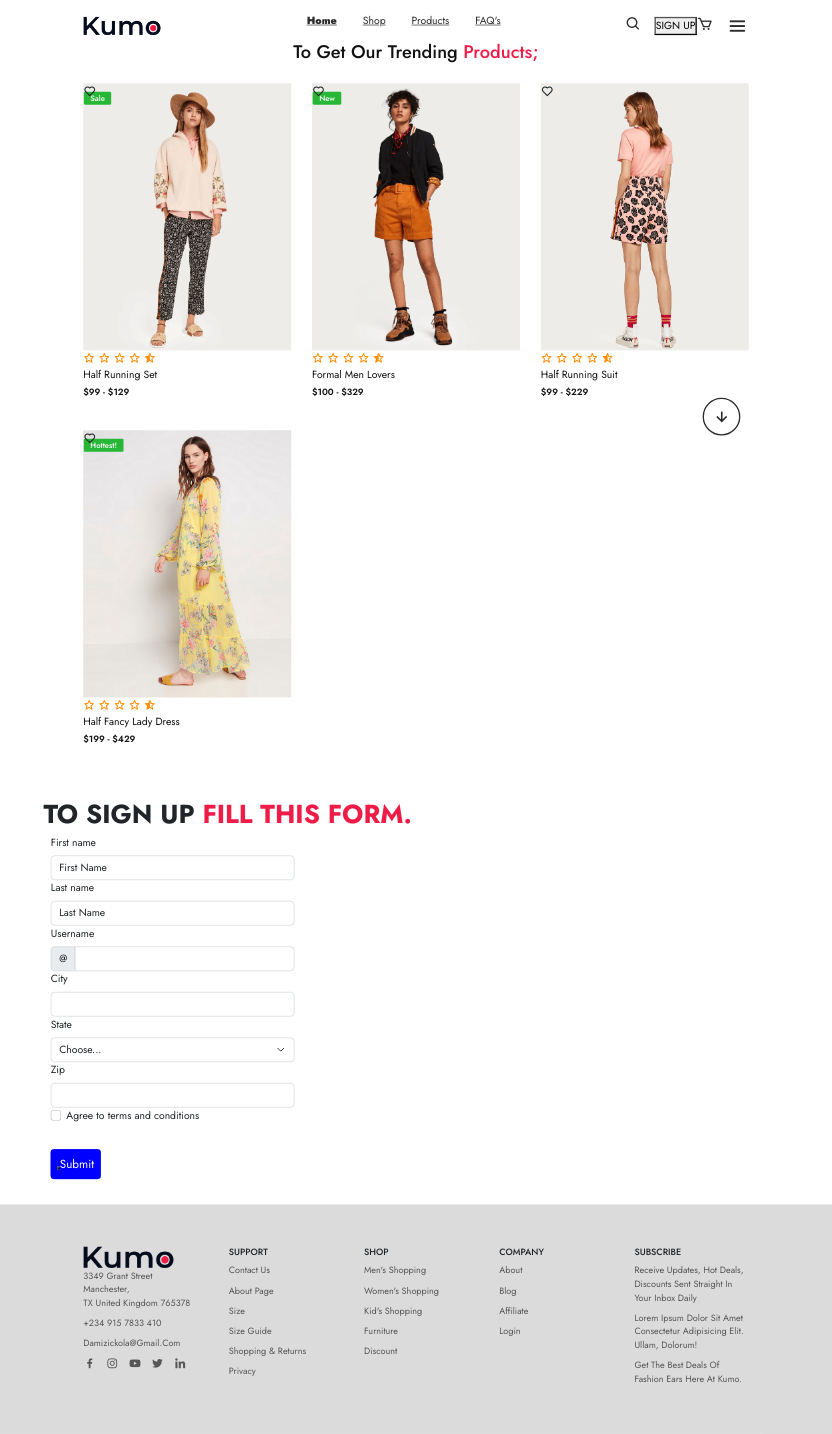
Repository: isaacCodes1/Kumo-Website.
Page: form.html
An editor plug-in stored every save of this project. The page is shown before and after the next save, followed by the edit.
The browser window is 1280 px wide. The pictures show the whole page, at 65% of full size.

Above is the page before, as saved 2024-03-26 11:15:45.

### form.html
<!DOCTYPE html>
<html lang="en">
  <head>
    <meta charset="UTF-8" />
    <meta name="viewport" content="width=device-width, initial-scale=1.0" />
    <link rel="stylesheet" href="style.css" />
    <link rel="stylesheet" href="Mediaquery.css" />
    <link rel="preconnect" href="https://fonts.googleapis.com" />
    <link rel="preconnect" href="https://fonts.gstatic.com" crossorigin />
    <link
      href="https://fonts.googleapis.com/css2?family=Bricolage+Grotesque:opsz,wght@12..96,200..800&family=Jost:ital,wght@0,100..900;1,100..900&family=Montserrat:ital,wght@0,100..900;1,100..900&family=Poppins:ital,wght@0,100;0,200;0,300;0,400;0,500;0,600;0,700;0,800;0,900;1,100;1,200;1,300;1,400;1,500;1,600;1,700;1,800;1,900&display=swap"
      rel="stylesheet"
    />
    <link
      rel="stylesheet"
      href="https://cdnjs.cloudflare.com/ajax/libs/font-awesome/6.5.1/css/all.min.css"
      integrity="sha512-DTOQO9RWCH3ppGqcWaEA1BIZOC6xxalwEsw9c2QQeAIftl+Vegovlnee1c9QX4TctnWMn13TZye+giMm8e2LwA=="
      crossorigin="anonymous"
      referrerpolicy="no-referrer"
    />
    <link
      rel="stylesheet"
      href="https://unpkg.com/boxicons@latest/css/boxicons.min.css"
    />
    <link
      href="https://cdn.jsdelivr.net/npm/bootstrap@5.2.3/dist/css/bootstrap.min.css"
      rel="stylesheet"
      integrity="sha384-rbsA2VBKQhggwzxH7pPCaAqO46MgnOM80zW1RWuH61DGLwZJEdK2Kadq2F9CUG65"
      crossorigin="anonymous"
    />
    <script
      src="https://cdn.jsdelivr.net/npm/bootstrap@5.2.3/dist/js/bootstrap.bundle.min.js"
      integrity="sha384-kenU1KFdBIe4zVF0s0G1M5b4hcpxyD9F7jL+jjXkk+Q2h455rYXK/7HAuoJl+0I4"
      crossorigin="anonymous"
    ></script>
    <title>Document</title>
  </head>
  <body>
    <header>
      <a href="index.html" class="logo"><img src="Assets/logo.png" alt="" /></a>
      <ul class="navmenu">
        <li><a style="font-weight: 900" href="index.html">Home</a></li>
        <li><a href="shop.html">Shop</a></li>
        <li><a href="products.html">Products</a></li>
        <li><a href="Questions.html">FAQ's</a></li>
      </ul>
      <div class="nav-icon">
        <a href="#"><i class="bx bx-search"></i></a>
        <button>SIGN UP</button>
        <a href="#"><i class="bx bx-cart"></i></a>
        <div class="bx bx-menu" id="menu-icon"></div>
      </div>
    </header>
    <!-- <trending-products-section-->
    <section class="trending-product" id="trending">
      <div class="center-text">
        <h2>To Get Our Trending <span>Products;</span></h2>
      </div>
      <div class="products">
        <div class="row">
          <img src="/Assets/1.jpg" alt="" />
          <div class="product-text">
            <h5>Sale</h5>
          </div>
          <div class="heart-icon">
            <i class="bx bx-heart"></i>
          </div>
          <div class="ratting">
            <i class="bx bx-star"></i>
            <i class="bx bx-star"></i>
            <i class="bx bx-star"></i>
            <i class="bx bx-star"></i>
            <i class="bx bxs-star-half"></i>
          </div>
          <div class="price">
            <h4>Half Running Set</h4>
            <p>$99 - $129</p>
          </div>
        </div>

        <div class="row">
          <img src="/Assets/2.jpg" alt="" />
          <div class="product-text">
            <h5>New</h5>
          </div>
          <div class="heart-icon">
            <i class="bx bx-heart"></i>
          </div>
          <div class="ratting">
            <i class="bx bx-star"></i>
            <i class="bx bx-star"></i>
            <i class="bx bx-star"></i>
            <i class="bx bx-star"></i>
            <i class="bx bxs-star-half"></i>
          </div>
          <div class="price">
            <h4>Formal Men Lovers</h4>
            <p>$100 - $329</p>
          </div>
        </div>
        <div class="row">
          <img src="/Assets/3.jpg" alt="" />
          <div class="heart-icon">
            <i class="bx bx-heart"></i>
          </div>
          <div class="ratting">
            <i class="bx bx-star"></i>
            <i class="bx bx-star"></i>
            <i class="bx bx-star"></i>
            <i class="bx bx-star"></i>
            <i class="bx bxs-star-half"></i>
          </div>
          <div class="price">
            <h4>Half Running Suit</h4>
            <p>$99 - $229</p>
          </div>
        </div>
        <div class="row">
          <img src="/Assets/4.jpg" alt="" />
          <div class="product-text">
            <h5>Hottest!</h5>
          </div>
          <div class="heart-icon">
            <i class="bx bx-heart"></i>
          </div>
          <div class="ratting">
            <i class="bx bx-star"></i>
            <i class="bx bx-star"></i>
            <i class="bx bx-star"></i>
            <i class="bx bx-star"></i>
            <i class="bx bxs-star-half"></i>
          </div>
          <div class="price">
            <h4>Half Fancy Lady Dress</h4>
            <p>$199 - $429</p>
          </div>
        </div>
      </div>
      <div class="down-arrow">
        <a href="#contact-info" class="down"
          ><i class="bx bx-down-arrow-alt"></i
        ></a>
      </div>
    </section>
    <h1 class="final">TO SIGN UP <span> FILL THIS FORM.</span></h1>
    <form class="container g-3 needs-validation" novalidate>
      <div class="col-md-4">
        <label for="validationCustom01" class="form-label">First name</label>
        <input
          type="text"
          class="form-control"
          id="validationCustom01"
          value="First Name"
          name="first_name"
          required
        />
        <div class="valid-feedback">Looks good!</div>
      </div>
      <div class="col-md-4">
        <label for="validationCustom02" class="form-label">Last name</label>
        <input
          type="text"
          name="last_name"
          id="last_name"
          class="form-control"
          id="validationCustom02"
          value="Last Name"
          required
        />
        <div class="valid-feedback">Looks good!</div>
      </div>
      <div class="col-md-4">
        <label for="validationCustomUsername" class="form-label"
          >Username</label
        >
        <div class="input-group has-validation">
          <span class="input-group-text" id="inputGroupPrepend">@</span>
          <input
            type="text"
            id="username"
            name="username"
            class="form-control"
            id="validationCustomUsername"
            aria-describedby="inputGroupPrepend"
            required
          />
          <div class="invalid-feedback">Please choose a username.</div>
        </div>
      </div>
      <div class="col-md-4">
        <label for="validationCustom03" class="form-label">City</label>
        <input
          type="text"
          class="form-control"
          id="validationCustom03"
          required
        />
        <div class="invalid-feedback">Please provide a valid city.</div>
      </div>
      <div class="col-md-4">
        <label for="validationCustom04" class="form-label">State</label>
        <select class="form-select" id="validationCustom04" required>
          <option selected disabled value="">Choose...</option>
          <option>Kwara State</option>
          <option>Lagos State</option>
          <option>Ogun State</option>
        </select>
        <div class="invalid-feedback">Please select a valid state.</div>
      </div>
      <div class="col-md-4">
        <label for="validationCustom05" class="form-label">Zip</label>
        <input
          type="text"
          class="form-control"
          id="validationCustom05"
          required
        />
        <div class="invalid-feedback">Please provide a valid zip.</div>
      </div>
      <div class="col-12">
        <div class="form-check">
          <input
            class="form-check-input"
            type="checkbox"
            value=""
            id="invalidCheck"
            required
          />
          <label class="form-check-label mb-5" for="invalidCheck">
            Agree to terms and conditions
          </label>
          <div class="invalid-feedback">You must agree before submitting.</div>
        </div>
      </div>
      <div class="col-12 mb-5">
        <a class="button3" href="alert.html"><button></button>Submit</a>
      </div>
    </form>
    <!-- contact-section -->

    <section class="contact">
      <div class="contact-info" id="contact-info">
        <div class="first-info">
          <img src="/Assets/logo.png" alt="" />
          <p>3349 Grant street Manchester, <br />TX United kingdom 765378</p>
          <p>+234 915 7833 410</p>
          <a href="https://mail.google.com/mail/u/0/#inbox"
            ><p>damizickola@gmail.com</p></a
          >

          <div class="social-icon">
            <a href="https://www.facebook.com/profile.php?id=61551880766580"
              ><i class="bx bxl-facebook"></i
            ></a>
            <a href="https://instagram.com"><i class="bx bxl-instagram"></i></a>
            <a href="https://www.youtube.com/watch?v=FaNTVjATYHQ"
              ><i class="bx bxl-youtube"></i
            ></a>
            <a href="#"><i class="bx bxl-twitter"></i></a>
            <a href="#"><i class="bx bxl-linkedin"></i></a>
          </div>
        </div>
        <div class="second-info">
          <h4>Support</h4>
          <p>Contact Us</p>
          <p>About Page</p>
          <p>Size</p>
          <p>Size Guide</p>
          <p>Shopping & Returns</p>
          <p>Privacy</p>
        </div>

        <div class="third-info">
          <h4>Shop</h4>
          <p>Men's Shopping</p>
          <p>Women's Shopping</p>
          <p>Kid's Shopping</p>
          <p>Furniture</p>
          <p>Discount</p>
        </div>
        <div class="fourth-info">
          <h4>Company</h4>
          <p>About</p>
          <p>Blog</p>
          <p>Affiliate</p>
          <p>Login</p>
        </div>

        <div class="five">
          <h4>Subscribe</h4>
          <p>
            Receive Updates, Hot Deals, Discounts Sent Straight In your Inbox
            Daily
          </p>
          <p>
            Lorem ipsum dolor sit amet consectetur adipisicing elit. Ullam,
            dolorum!
          </p>
          <p>Get The Best Deals Of Fashion ears Here At Kumo.</p>
        </div>
      </div>
    </section>
  </body>
  <script
    src="https://cdn.jsdelivr.net/npm/@popperjs/core@2.11.6/dist/umd/popper.min.js"
    integrity="sha384-oBqDVmMz9ATKxIep9tiCxS/Z9fNfEXiDAYTujMAeBAsjFuCZSmKbSSUnQlmh/jp3"
    crossorigin="anonymous"
  ></script>
  <script
    src="https://cdn.jsdelivr.net/npm/bootstrap@5.2.3/dist/js/bootstrap.min.js"
    integrity="sha384-cuYeSxntonz0PPNlHhBs68uyIAVpIIOZZ5JqeqvYYIcEL727kskC66kF92t6Xl2V"
    crossorigin="anonymous"
  ></script>
  <script src="java.js"></script>
</html>

### style.css
* {
  margin: 0;
  padding: 0;
  box-sizing: border-box;
  scroll-behavior: smooth;
  font-family: "Jost", sans-serif;
  list-style-type: none;
  text-decoration: none;
}
header {
  position: fixed;
  width: 100%;
  top: 0;
  right: 0;
  z-index: 1000;
  display: flex;
  align-items: center;
  justify-content: space-between;
  padding: 20px 10%;
}
.logo img {
  max-width: 120px;
  height: auto;
}
.navmenu {
  display: flex;
}
.navmenu li :hover {
  background: #000;
}
.navmenu a {
  color: #2c2c2c;
  font-size: 16px;
  text-transform: capitalize;
  padding: 10px 20px;
  font-weight: 400;
  transition: all 0.42s ease;
}
.navmenu a:hover {
  color: #ee1c47;
}
.nav-icon {
  display: flex;
  align-items: center;
}
.nav-icon i {
  margin-right: 20px;
  color: #2c2c2c;
  font-size: 25px;
  font-weight: 400;
  transition: all 0.42s ease;
}
.nav-icon i:hover {
  transform: scale(1.05);
  color: #ee1c47;
}
#menu-icon {
  font-size: 35px;
  color: #2c2c2c;
  z-index: 10001;
  cursor: pointer;
}
section {
  padding: 5% 10%;
}
.main-home {
  width: 100%;
  height: 100vh;
  background-image: url(Assets/banner-3.png);
  background-position: center;
  background-size: cover;
  display: grid;
  grid-template-columns: repeat(1, 1fr);
  align-items: center;
}
.main-text h5 {
  color: #ee1c47;
  font-size: 16px;

  text-transform: capitalize;
  font-weight: 500;
}
.main-text h1 {
  color: #000;
  font-size: 65px;
  text-transform: capitalize;
  line-height: 1.1;
  font-weight: 600;
  margin: 6px 0 10px;
}
.main-text p {
  color: #333c56;
  font-size: 20px;
  font-style: italic;
  margin-bottom: 20px;
}
.main-btn {
  display: inline-block;
  color: #111;
  font-size: 16px;
  font-weight: 500;
  text-transform: capitalize;
  border: 2px solid#111;
  padding: 12px 25px;
  transition: all 0.42s ease;
}
.main-btn:hover {
  background: #000;
  color: #fff;
}
.main-btn i {
  vertical-align: middle;
}
.down-arrow {
  position: absolute;
  top: 85%;
  right: 11%;
}
.down i {
  font-size: 30px;
  color: #2c2c2c;
  border: 2px solid #2c2c2c;
  border-radius: 50px;
  padding: 12px 12px;
}
.down i:hover {
  background: #2c2c2c;
  color: #fff;
  transition: all 0.42s ease;
}
header.sticky {
  background: #fff;
  padding: 20px 10%;
  box-shadow: 0px 0px 10px rgb(0 0 0 /10%);
}
/* trending-section-css */
.center-text h2 {
  color: #111;
  font-size: 28px;
  text-transform: capitalize;
  text-align: center;
  margin-bottom: 30px;
}
.center-text span {
  color: #ee1c47;
}
.products {
  display: grid;
  grid-template-columns: repeat(auto-fit, minmax(260px, auto));
  gap: 2rem;
}
.row {
  position: relative;
  transition: all 0.4s;
}
.row img {
  width: 100%;
  height: auto;
  transition: all 0.4s;
}
.row img:hover {
  transform: scale(0.9);
}
.product-text h5 {
  position: absolute;
  top: 13px;
  left: 13px;
  color: #fff;
  font-size: 12px;
  font-weight: 500;
  text-transform: capitalize;
  background: #27b737;
  padding: 3px 10px;
  border-radius: 2px;
}
.heart-icon {
  position: absolute;
  right: 0;
  font-size: 20px;
}
.heart-icon:hover {
  color: #ee1c47;
}
.ratting {
  color: #ff8c00;
  font-size: 18px;
}

.price h4 {
  color: #111;
  font-size: 16px;
  text-transform: capitalize;
  font-weight: 400;
}
.price p {
  color: #151515;
  font-size: 14px;
  font-weight: 600;
}
.client-reviews {
  background: #f3f4f6;
}
.reviews {
  text-align: center;
}
.reviews h3 {
  color: #111;
  font-size: 25px;
  text-transform: capitalize;
  text-align: center;
  font-weight: 700;
}
.reviews img {
  width: 100px;
  height: auto;
  border-radius: 80px;
  margin: 10px 0;
}
.reviews p {
  color: #707070;
  font-size: 16px;
  font-weight: 400;
  line-height: 25px;
  margin-bottom: 10px;
}
.reviews h2 {
  font-size: 22px;
  color: #000;
  font-weight: 400;
  text-transform: capitalize;
  margin-bottom: 2px;
}
/* update-section-css */
.up-center-text h2 {
  text-align: center;
  color: #111;
  font-size: 25px;
  text-transform: capitalize;
  font-weight: 700;
  margin-bottom: 30px;
}
.cart img {
  width: 350px;
  height: auto;
  border-radius: 5px;
}
.update-cart {
  display: grid;
  grid-template-columns: repeat(auto-fit, minmax(380px, auto));
  gap: 1px;
}
.cart h5 {
  color: #636872;
  font-size: 14px;
  text-transform: capitalize;
  font-weight: 500;
}
.cart h4 {
  color: #111;
  font-size: 18px;
  font-weight: 600;
}
.cart p {
  color: #707070;
  font-size: 15px;
  max-width: 380px;
  line-height: 25px;
  margin-bottom: 12px;
}
.cart h6 {
  color: #151515;
  font-size: 14px;
  font-weight: 500;
}
/* contact-section */
.contact {
  background: #dbdbdb;
}
.contact-info {
  display: grid;
  grid-template-columns: repeat(auto-fit, minmax(160px, auto));
  gap: 3rem;
}
.first-info img {
  width: 140px;
  height: auto;
}
.contact-info h4 {
  color: #212529;
  font-size: 14px;
  text-transform: uppercase;
  margin-bottom: 10px;
}
.contact-info p {
  color: #565656;
  font-size: 14px;
  font-weight: 400;
  text-transform: capitalize;
  line-height: 1.5;
  margin-bottom: 10px;
  cursor: pointer;
  transition: all 0.42s;
}
.contact-info p:hover {
  color: #ee1c47;
}
.social-icon i {
  color: #565656;
  margin-right: 10px;
  font-size: 20px;
  transition: all 0.42s;
}
.social-icon i:hover {
  transform: scale(1.3);
}
.end-text {
  text-align: center;
  background: #edfff1;
  padding: 20px;
}
.end-text p {
  color: #111;
  text-transform: capitalize;
}

.location {
  width: 80%;
  margin: auto;
  padding: 80px 0;
}
.location iframe {
  width: 100%;
}
.center-text1 h2 {
  font-size: 30px;
}
.center-text1 span {
  color: #ee1c47;
}
.button3 {
  padding: 9px;
  border: 1px solid blue;
  font-size: 18px;
  border-radius: 5px;
  text-decoration: none;
  background: blue;
  color: #fff;
  transition: all 0.42s ease;
}
.button3:hover {
  color: #000;
  background: #fff;
}
.final {
  margin-left: 67px;
  font-weight: 700;
}
.final span {
  color: #ee1c47;
}
.up-arrow {
  border: 2px solid#000;
  width: 60px;
  border-radius: 50px;
  text-align: center;
  font-size: 30px;
}
.up-arrow i {
  color: #000;
}
.up-arrow :hover {
  background: #000;
  color: #fff;
}

.alert {
  background: blue;
  color: #fff;
  margin-top: 200px;
  font-size: 20px;
  margin-bottom: 150px;
}
.first-info a {
  text-decoration: none;
}
.up-center-text span {
  color: #ee1c47;
}
html,
body {
  position: relative;
  height: 100%;
}
body {
  background: #eee;
  font-family: Helvetica Neue, Helvetica, Arial, sans-serif;
  font-size: 14px;
  color: #000;
  margin: 0;
  padding: 0;
}

swiper-container {
  width: 100%;
  height: 100%;
}

swiper-slide {
  text-align: center;
  font-size: 18px;
  background: #000;
  display: flex;
  justify-content: center;
  align-items: center;
}

swiper-slide img {
  display: block;
  width: 100%;
  height: 100%;
  object-fit: cover;
}
.reviews {
  font-size: 25px;
  font-weight: 900;
}
.reviews span {
  color: #ee1c47;
}
.accordion {
  margin-top: 40px;
  margin-bottom: 10px;
}
.male {
  padding-top: 200px;
}
.male span {
  color: #ee1c47;
}
.yes {
  margin-right: 10px;
  padding: 10px;
  background: #000;
  color: #fff;
  border: 1px;
  transition: 1s ease-in-out;
  border-radius: 7px;
}
.yes:hover {
  color: #000;
  background: #dbdbdb;
}

### Mediaquery.css
@media (890px) {
  header {
    padding: 20px 3%;
    transition: 0.4s;
  }
  .center-text h2 {
    font-size: 12px;
  }
}
@media (max-width: 630px) {
  .main-text h1 {
    font-size: 50px;
    transition: 0.4s;
  }
  .main-text p {
    font-size: 18px;
    transition: 0.4s;
  }
  .main-btn {
    padding: 10px 20px;
    transition: 0.4s;
  }
  .center-text h2 {
    font-size: 12px;
  }
}
@media (max-width: 750px) {
  .navmenu {
    position: absolute;
    top: 100%;
    right: -100%;
    width: 300px;
    height: 130vh;
    background: #edfff1;
    display: flex;
    flex-direction: column;
    align-items: center;
    padding: 120px 30px;
    transition: all 0.42s;
  }
  .navmenu a {
    display: block;
    margin: 18px 0;
  }
  .navmenu.open {
    right: 0;
  }
  .center-text h2 {
    font-size: 12px;
  }
}
@media (max-width: 700px) {
  .center-text h2 {
    font-size: 0;
  }
  .header {
    margin-bottom: 20px;
    color: #000;
  }
  .cart {
    align-items: center;
    display: flex;
    flex-direction: column;
  }
  .cart img {
    width: 270px;
    margin-right: 80px;
  }
  .cart p {
    font-size: 10px;
    margin-right: 80px;
  }
  .cart h4 {
    font-size: 12px;
    margin-right: 80px;
  }
  .cart h6 {
    font-size: 10px;
    margin-right: 80px;
  }
  .contact-info {
    display: flex;
    flex-direction: column;
    align-items: center;
  }
  .center-text1 h2 {
    font-size: 25px;
  }
  .navmenu {
    padding-bottom: 30px;
  }
}

### java.js
const header = document.querySelector("header");

window.addEventListener("scroll", function () {
  header.classList.toggle("sticky", window.scrollY > 0);
});

let menu = document.querySelector("#menu-icon");
let navmenu = document.querySelector(".navmenu");

menu.onclick = () => {
  menu.classList.toggle("bx-x");
  navmenu.classList.toggle("open");
};

After the next save:
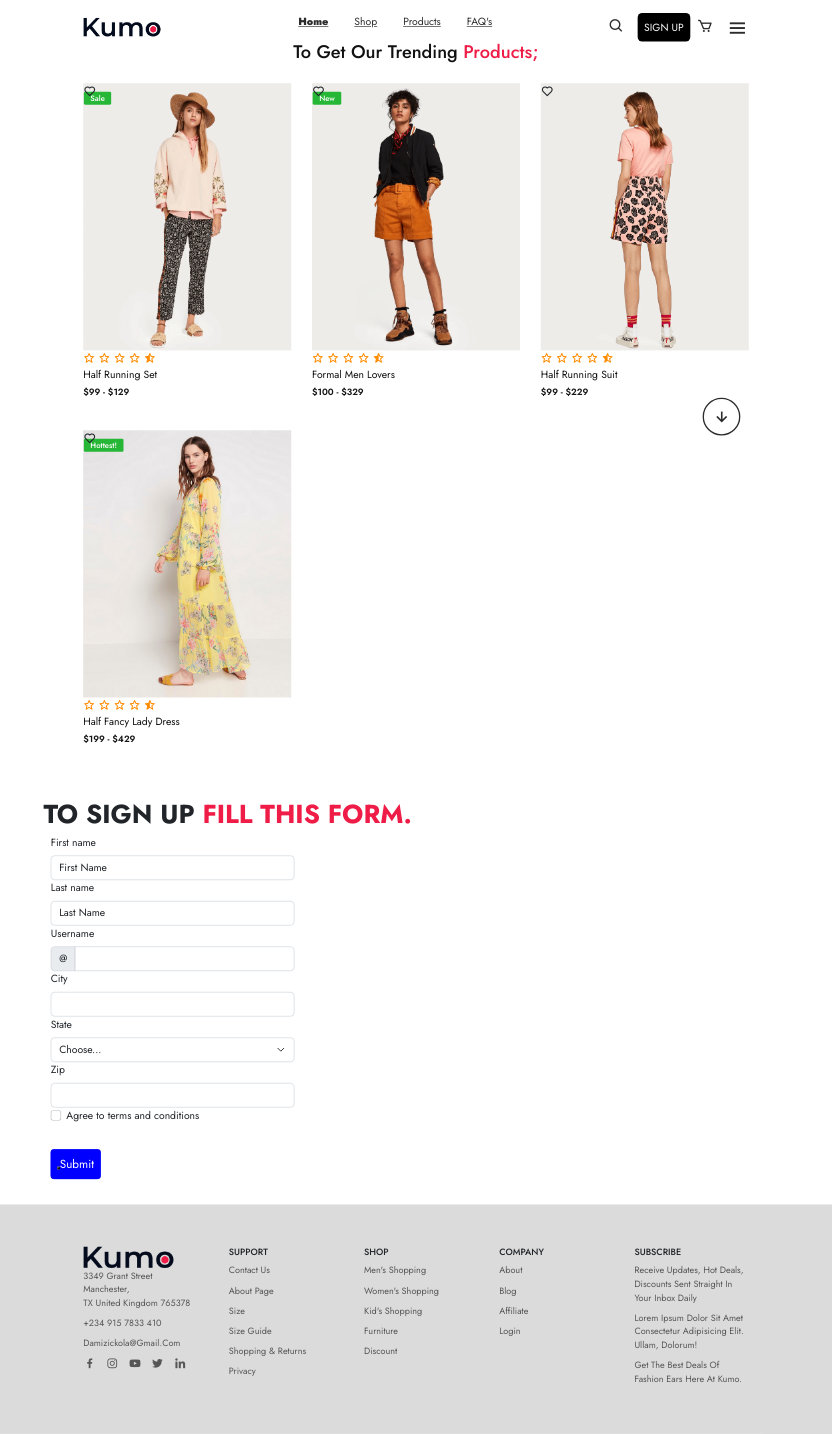
Saved 5 s later.
--- a/form.html
+++ b/form.html
@@ -46,7 +46,7 @@
       </ul>
       <div class="nav-icon">
         <a href="#"><i class="bx bx-search"></i></a>
-        <button>SIGN UP</button>
+        <button class="yes">SIGN UP</button>
         <a href="#"><i class="bx bx-cart"></i></a>
         <div class="bx bx-menu" id="menu-icon"></div>
       </div>
